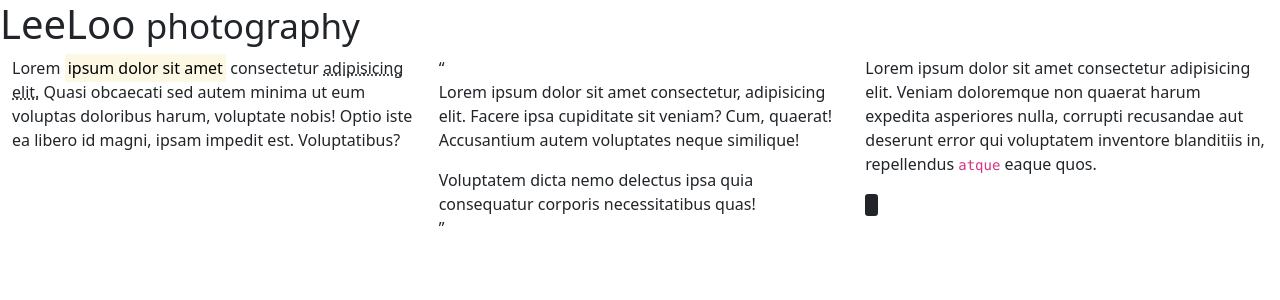
Repository: Zyzik-33/bootstrap-test
Page: index.html
These files come from the project's save history. The page is drawn as it stood at one moment and after the next save; the edit follows.
The browser window is 1280 px wide. The pictures show the whole page.

Above is the page before, as saved 2021-01-27 14:49:22.

After the next save:
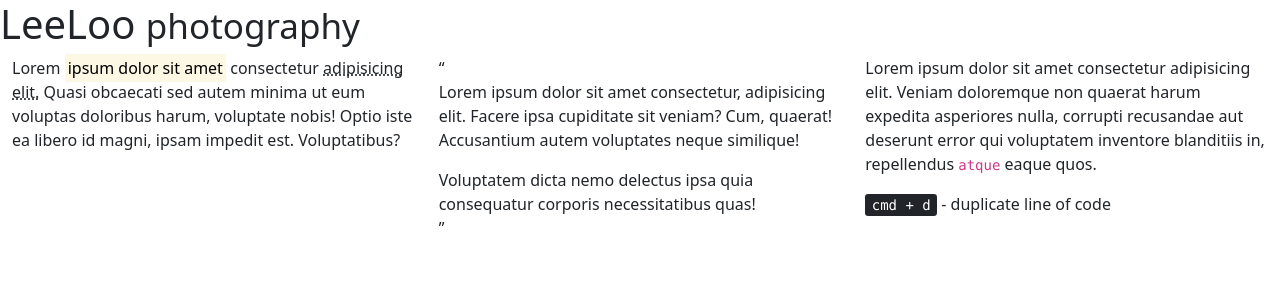
Saved 65 s later.
--- a/index.html
+++ b/index.html
@@ -33,7 +33,7 @@
             corrupti recusandae aut deserunt error qui voluptatem inventore
             blanditiis in, repellendus <code>atque</code> eaque quos.
           </p>
-          <footer><kbd></kbd></footer>
+          <footer><kbd>cmd + d</kbd> - duplicate line of code</footer>
         </blockquote>
       </div>
     </div>
